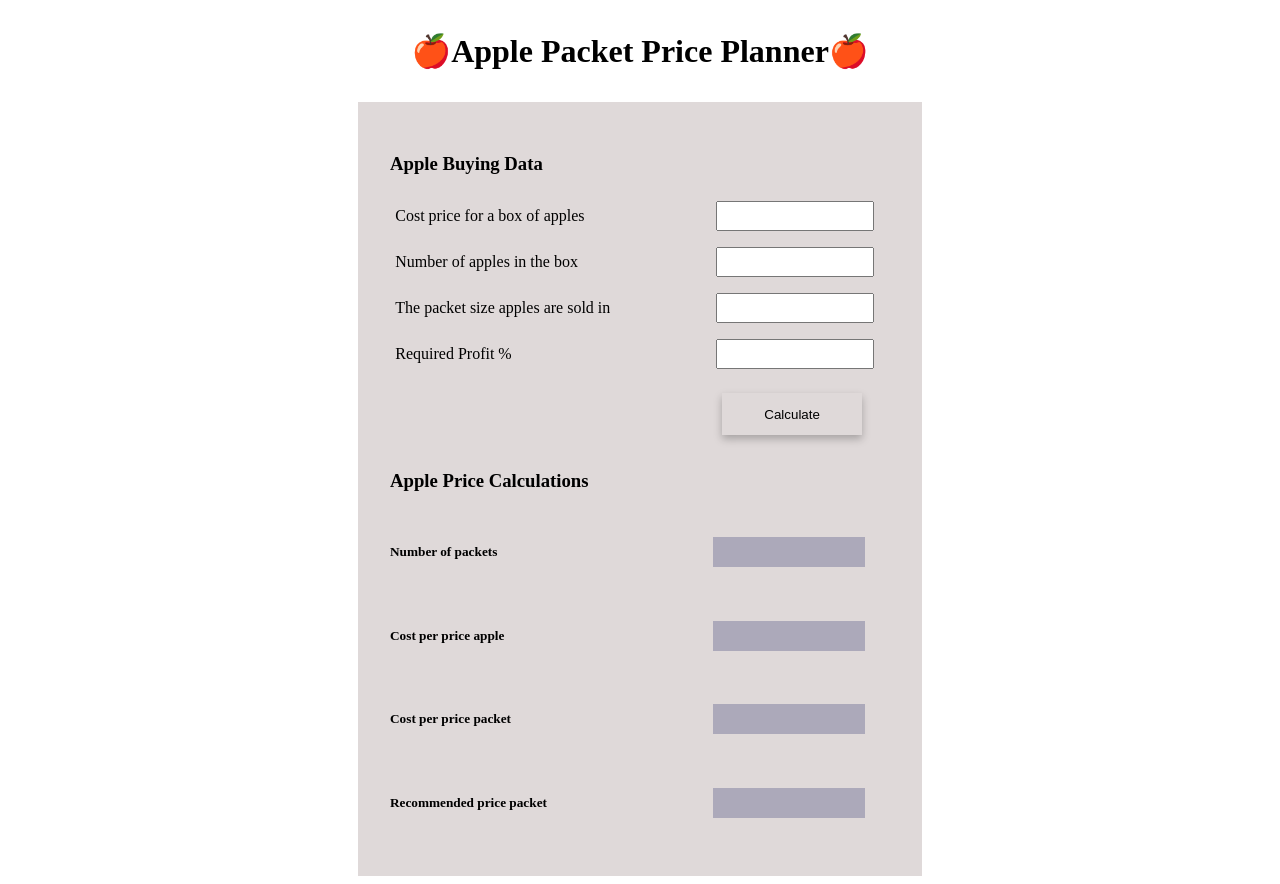
Repository: lasity34/apple-packet-price-planner
Page: index.html
An editor plug-in stored every save of this project. The page is shown before and after the next save, followed by the edit.
The browser window is 1280 px wide. The pictures show the whole page.

Above is the page before, as saved 2023-05-29 14:17:31.

### index.html
<!DOCTYPE html>
<html lang="en">
  <head>
    <meta charset="UTF-8" />
    <meta http-equiv="X-UA-Compatible" content="IE=edge" />
    <meta name="viewport" content="width=device-width, initial-scale=1.0" />
    <title>Apple Packet Price Planner</title>
    <link href="./style.css" rel="stylesheet" />
  </head>
  <body>
    <h1>🍎Apple Packet Price Planner🍎</h1>
    <main>
      <h3>Apple Buying Data</h3>
      <div class="data_input">
      <section class="input_section">
        <div class="input_container">
          <label for="apple_price">Cost price for a box of apples</label><br />
          <input
            type="number"
            id="apple_price"
            name="apple_price"

          /><br />
        </div>
      </section>
      <section class="input_section">
        <div class="input_container">
          <label for="apple_num">Number of apples in the box</label><br />
          <input type="number" id="apple_num" name="apple_num"  /><br />
        </div>
      </section>
      <section class="input_section">
        <div class="input_container">
          <label for="packet_size">The packet size apples are sold in</label><br />
          <input type="number" id="packet_size" name="packet_size" /><br />
        </div>
      </section>
      <section class="input_section">
        <div class="input_container">
          <label for="profit_required">Required Profit %</label><br />
          <input type="number" id="profit_required" name="profit_required"/><br />
        </div>
      </section>
      <div class="btn_container">
        <div></div>
        <button class="calculate_btn">Calculate</button>
      </div>
    </div>
   <section class="data_display">
    <h3>Apple Price Calculations</h3>
    <div class="data_container">
      <h5>Number of packets</h5>
      <h5 class="packets_display"></h5>
    </div>
    <div class="data_container">
      <h5>Cost per price apple</h5>
      <h5 class="cost_per_apple_display"></h5>
    </div>
    <div class="data_container">
      <h5>Cost per price packet</h5>
      <h5 class="cost_per_packet_display"></h5>
    </div><div class="data_container">
      <h5>Recommended price packet</h5>
      <h5 class="recommeded_price_packet_display"></h5>
    </div>
   </section>
    </main>
  </body>
  <script src="./apple-factory.js"></script>
  <script src="./apple-dom.js"></script>
</html>

### style.css

h1 {
    text-align: center;
    margin: 1em;
}

main {
    background-color: rgb(223, 217, 217);
    margin: 0 auto;
    padding: 2em;
    width: 70%;
    max-width: 500px;
}

.input_section {
    padding: 0.5em 0;
}

.input_container {
    display: flex;
    justify-content: space-around;
    height: 30px;
}

.input_container input {
    width: 30%;
}

.input_container label {
    width: 60%;
   align-self: center;
}

.btn_container {
    display: flex;
    justify-content: space-around;
    padding: 1em;

}

.btn_container div {
    width: 60%;
}

.calculate_btn {
    background-color: rgb(223, 217, 217);
    width: 30%;
    padding: 1em;
    border: none;
    box-shadow: 0px 4px 8px rgba(0, 0, 0, 0.25);
}

.data_container {
    display: flex;
    justify-content: space-between;
    width: 95%;

}

.data_container h5:nth-of-type(1) {
    align-self: center;
}

.data_container h5:nth-of-type(2) {
  font-size: 1rem;
    display: flex;
    justify-content: center;
    align-items: center;
    width: 32%;
    height: 30px;
    background-color: rgb(172, 169, 186);
}

### apple-factory.js


function apple_factory(price, num, size, profit) {

    let apple_cost_price = price || 0;
    let num_apples = num || 0;
    let packet_size = size || 0;
    let profit_required = profit || 0;

    function apple_price(price) {
        apple_cost_price = price
    }

     function apple_count(num) {
        num_apples = num
     }

     function apple_size(packet) {
        packet_size = packet
     }

     function profit_input(input) {
        profit_required = input
     }

    function apples_price_length() {
        return apple_cost_price
    }

    function apple_count_length() {
        return num_apples
    }

    function apple_size_length() {
        return packet_size
    }

    function profit_required_length() {
        return profit_required
    }

    function number_of_packets() {
        const num_packets = Math.floor( num_apples / packet_size)
        return num_packets
    }

    function cost_per_apple() {
        const price_per_apple = num_apples / apple_cost_price
        return price_per_apple
    }

    function cost_per_packet() {
        const price_per_packet = (apple_cost_price * packet_size) / num_apples;
    return price_per_packet.toFixed(2)
    }

    function recommended_price() {
        const recommended_price_packet = (cost_per_packet() * 1.15)
        return recommended_price_packet.toFixed(2)
    }

    return {
        apple_price,
        apples_price_length,
        apple_count,
        apple_count_length,
        apple_size,
        apple_size_length,
        profit_input,
        profit_required_length,
        number_of_packets,
        cost_per_apple,
        cost_per_packet,
        recommended_price


    }
}

### apple-dom.js
const calculate_btn = document.querySelector(".calculate_btn");
const apple_cost_input = document.getElementById("apple_price").value;
const apple_num_input = document.getElementById("apple_num").value;
const packet_size_input = document.getElementById("packet_size").value;
const profit_required_input = document.getElementById("profit_required").value;
const num_packet_display = document.querySelector(".packets_display")
const cost_per_apple_display = document.querySelector(".cost_per_apple_display")
const cost_per_packet_display = document.querySelector(".cost_per_packet_display")
const recommended_price_packet = document.querySelector(".recommeded_price_packet_display")

const apple_fact = apple_factory(apple_cost_input, apple_num_input, packet_size_input, profit_required_input);

function apple_dom() {

num_packet_display.innerText = apple_fact.number_of_packets()
cost_per_apple_display = apple_fact.cost_per_apple()
cost_per_packet_display = apple_fact.cost_per_packet()
recommended_price_packet = apple_fact.recommended_price()

}

calculate_btn.addEventListener("click", apple_dom);

After the next save:
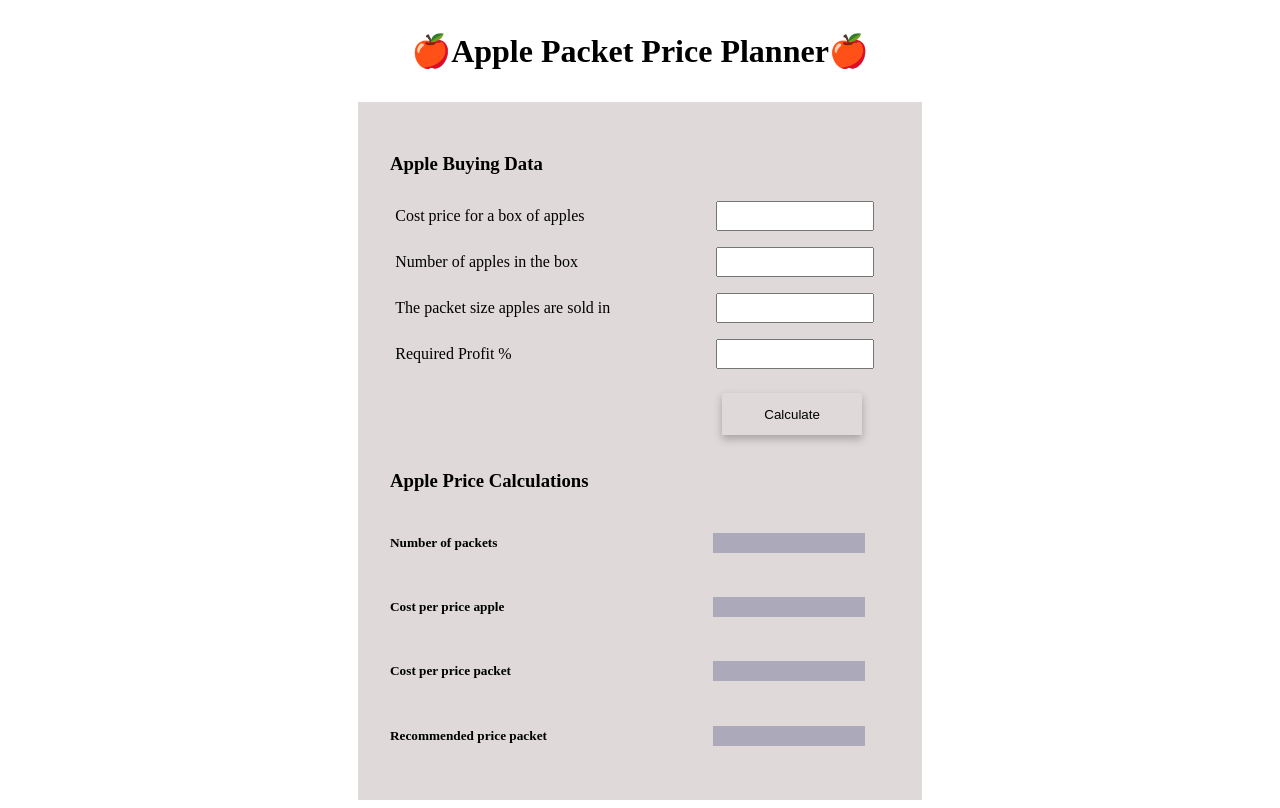
Saved 7 min 0 s later.
--- a/style.css
+++ b/style.css
@@ -54,7 +54,6 @@ main {
     display: flex;
     justify-content: space-between;
     width: 95%;
-
 }
 
 .data_container h5:nth-of-type(1) {
@@ -62,11 +61,11 @@ main {
 }
 
 .data_container h5:nth-of-type(2) {
-  font-size: 1rem;
+
     display: flex;
     justify-content: center;
     align-items: center;
     width: 32%;
-    height: 30px;
+    height: 20px;
     background-color: rgb(172, 169, 186);
 }
